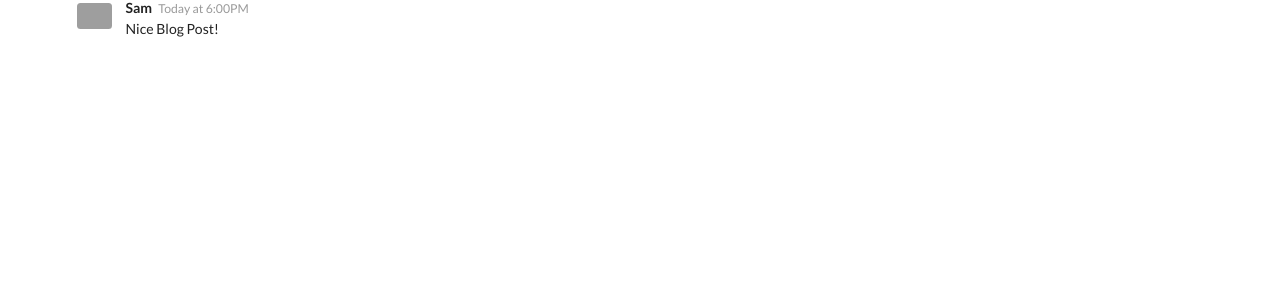
Repository: geedtd/udemyreact
Page: /
These files come from the project's save history. The page is drawn as it stood at one moment and after the next save; the edit follows.
The browser window is 1280 px wide. The pictures show the whole page.
Pictures or frames that could not be fetched are drawn as grey boxes. The project was rebuilt for these pictures with package versions that can differ from the ones it lists, and the page was loaded fresh each time.

Above is the page before, as saved 2020-03-18 01:03:22.

### src/index.js
import React from 'react';
import ReactDOM from 'react-dom';
import faker from 'faker';

const App = () => {
    return (
        <div className="ui container comments">
            <div className="comment">
                <a href='/' className="avatar">
                    <img alt="avatar" src={faker.image.avatar()}/>
                </a>
                <div className="content">
                    <a href="/" className="author">
                        Sam
                    </a>
                    <div className="metadata">
                        <span className="date">Today at 6:00PM</span>
                    </div>
                    <div className="text">Nice Blog Post!</div>
                </div>
            </div>
        </div>
    );
};


ReactDOM.render(<App />, document.querySelector('#root'));

Loaded but not shown: public/index.html (common file)

After the next save:
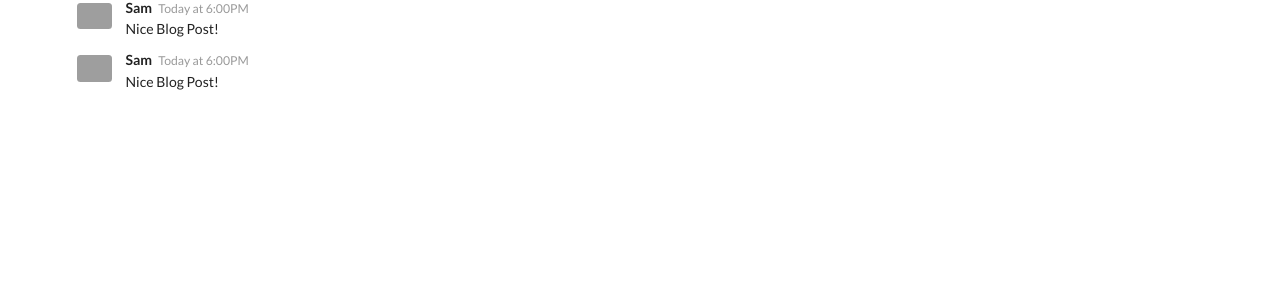
Saved 116 s later.
--- a/src/index.js
+++ b/src/index.js
@@ -19,6 +19,20 @@ const App = () => {
                     <div className="text">Nice Blog Post!</div>
                 </div>
             </div>
+            <div className="comment">
+                <a href='/' className="avatar">
+                    <img alt="avatar" src={faker.image.avatar()}/>
+                </a>
+                <div className="content">
+                    <a href="/" className="author">
+                        Sam
+                    </a>
+                    <div className="metadata">
+                        <span className="date">Today at 6:00PM</span>
+                    </div>
+                    <div className="text">Nice Blog Post!</div>
+                </div>
+            </div>
         </div>
     );
 };
